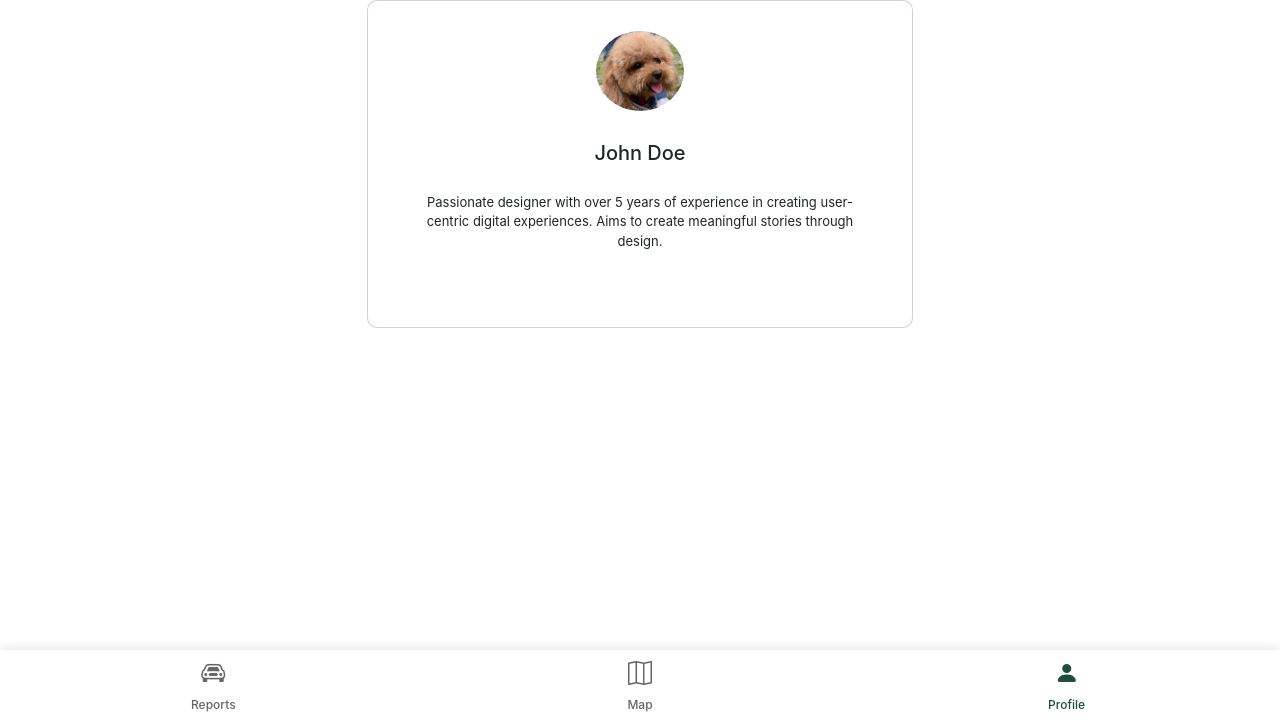
Repository: sukhrajsandhar/1800_202510_BBY8
Page: Profile.html
The author's editor kept a copy of each file at every save. The page is drawn from the files as they stood at one save, then again after the next save.
The browser window is 1280 px wide. The pictures show the whole page.

Above is the page before, as saved 2025-03-03 19:35:35.

After the next save:
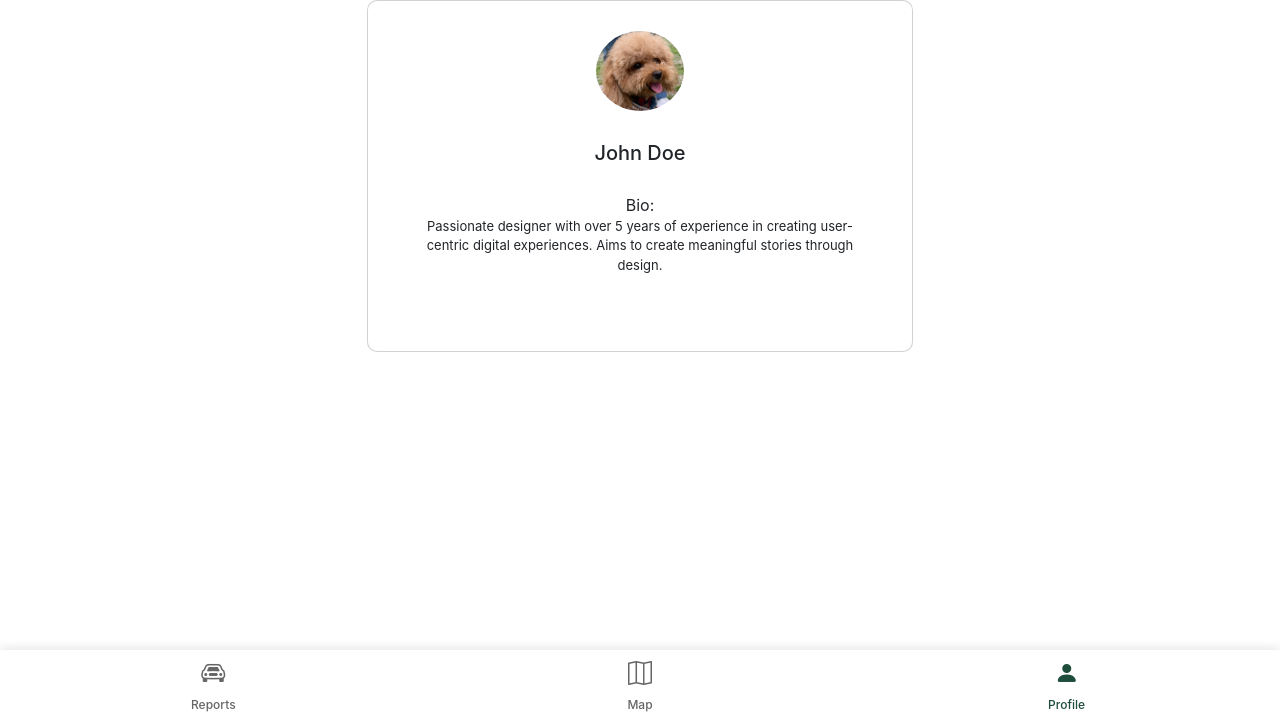
Saved 31 s later.
--- a/Profile.html
+++ b/Profile.html
@@ -21,6 +21,7 @@
                     <div class="text-center mt-3">
                         <h5 class="mt-2 mb-0">John Doe</h5><br>
                         <div class="px-4 mt-1">
+                            <label>Bio:</label>
                             <p class="fonts">Passionate designer with over 5 years of experience in creating user-centric
                                 digital experiences. Aims to create meaningful stories through design.</p>
                         </div>
